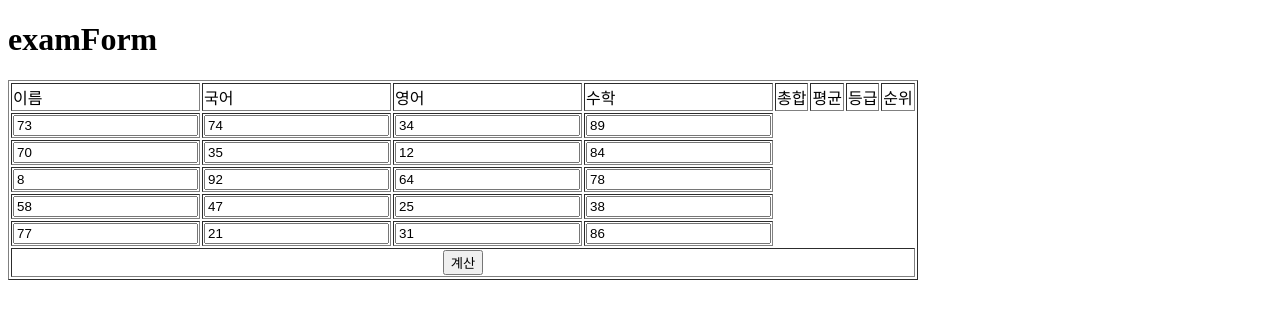
Repository: Jhoon0211/java_work
Page: http://localhost/jspProj/exam/examForm.jsp
These files come from the project's save history. The page is drawn as it stood at one moment and after a run of saves; the edit follows.
The browser window is 1280 px wide. The pictures show the whole page.
The page is served by Tomcat 9.

Above is the page before, as saved 2023-07-31 07:06:01.

After the next 3 saves:
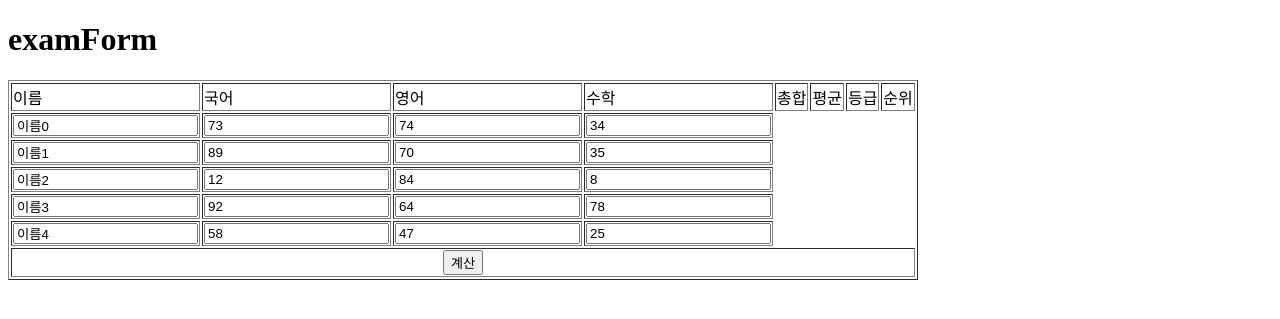
The 3 saves are shown as one change because they came seconds apart.
The last was saved 80 s later.
--- a/jspProj/src/main/webapp/exam/examForm.jsp
+++ b/jspProj/src/main/webapp/exam/examForm.jsp
@@ -22,7 +22,7 @@
 			</tr>
 			<% for(int i = 0; i<5; i++){ %>
 			<tr>
-				<td><input type="text" name="name" value="<%=(int)(Math.random()*100)%>"/></td>
+				<td><input type="text" name="name" value="<%="이름" + i %>"/></td>
 				<td><input type="text" name="kor" value="<%=(int)(Math.random()*100)%>"/></td>
 				<td><input type="text" name="eng" value="<%=(int)(Math.random()*100) %>"/></td>
 				<td><input type="text" name="math" value="<%=(int)(Math.random()*100) %>"/></td>
